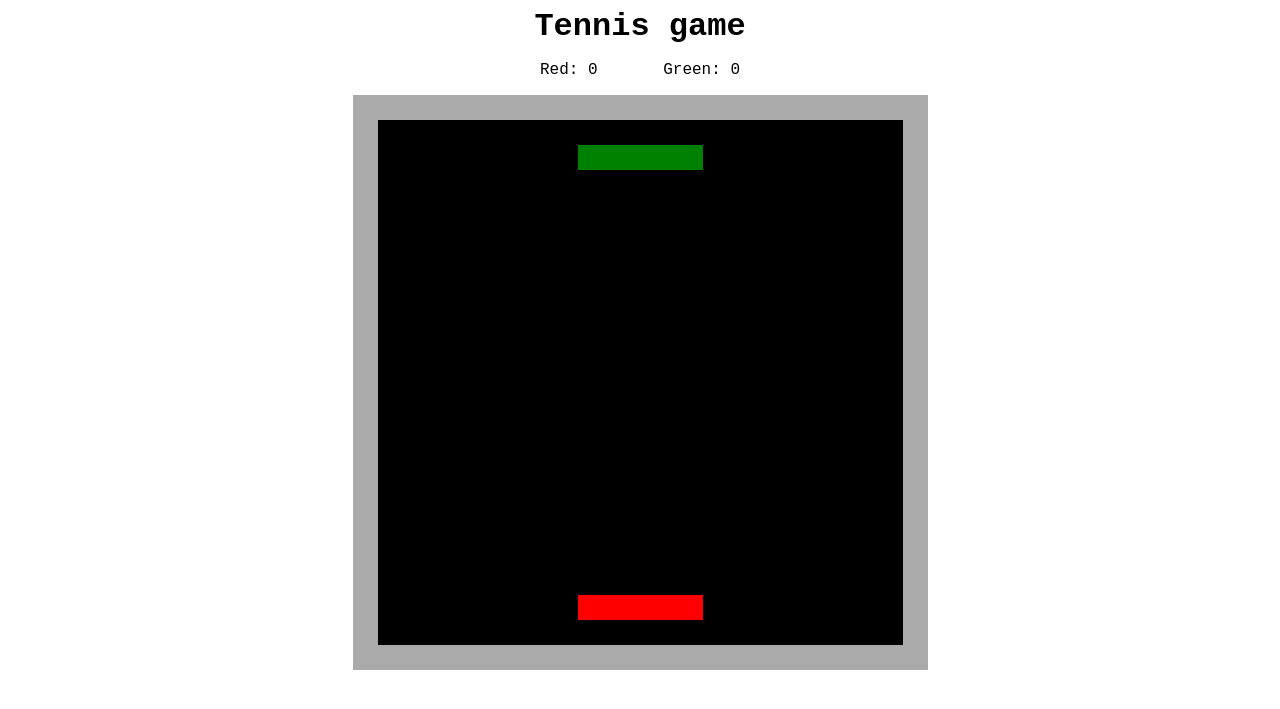
Repository: abdelrahman-ahmed-nassar/javascript-games
Page: my_ping-pong/index.html
These files come from the project's save history. The page is drawn as it stood at one moment and after a run of saves; the edit follows.
The browser window is 1280 px wide. The pictures show the whole page.

Above is the page before, as saved 2024-07-27 18:39:21.
Console error (its wording comes from the project's code and is left out).

After the next 2 saves:
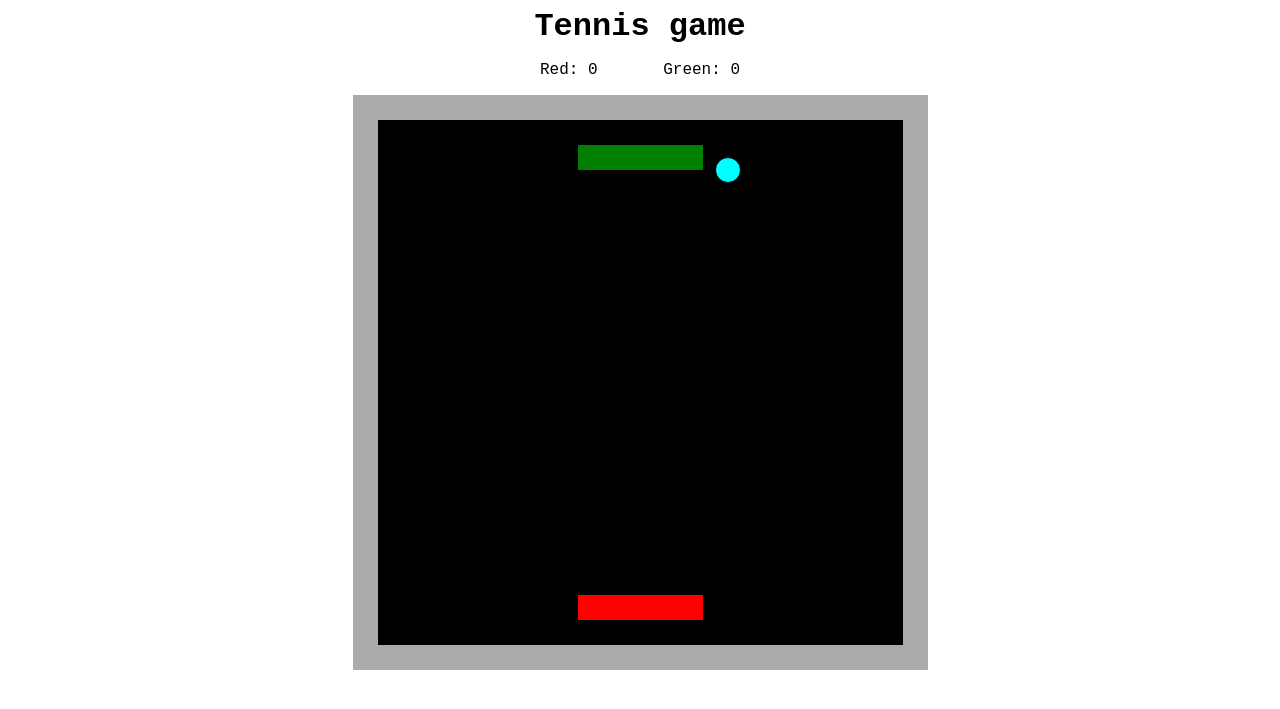
The error is gone.
The 2 saves are shown as one change because they came seconds apart.
The last was saved 31 s later.
--- a/my_ping-pong/script.js
+++ b/my_ping-pong/script.js
@@ -157,7 +157,7 @@ function update() {
   ctx.fillStyle = "cyan";
   ctx.strokeStyle = "black";
   ctx.beginPath();
-  ctx.arc(ball[0] * blockSize, ball[1] * blockSize, 12.5, 2 * Math.PI);
+  ctx.arc(ball[0] * blockSize, ball[1] * blockSize, 12.5, 0, 2 * Math.PI);
   ctx.fill();
   ctx.stroke();
 
